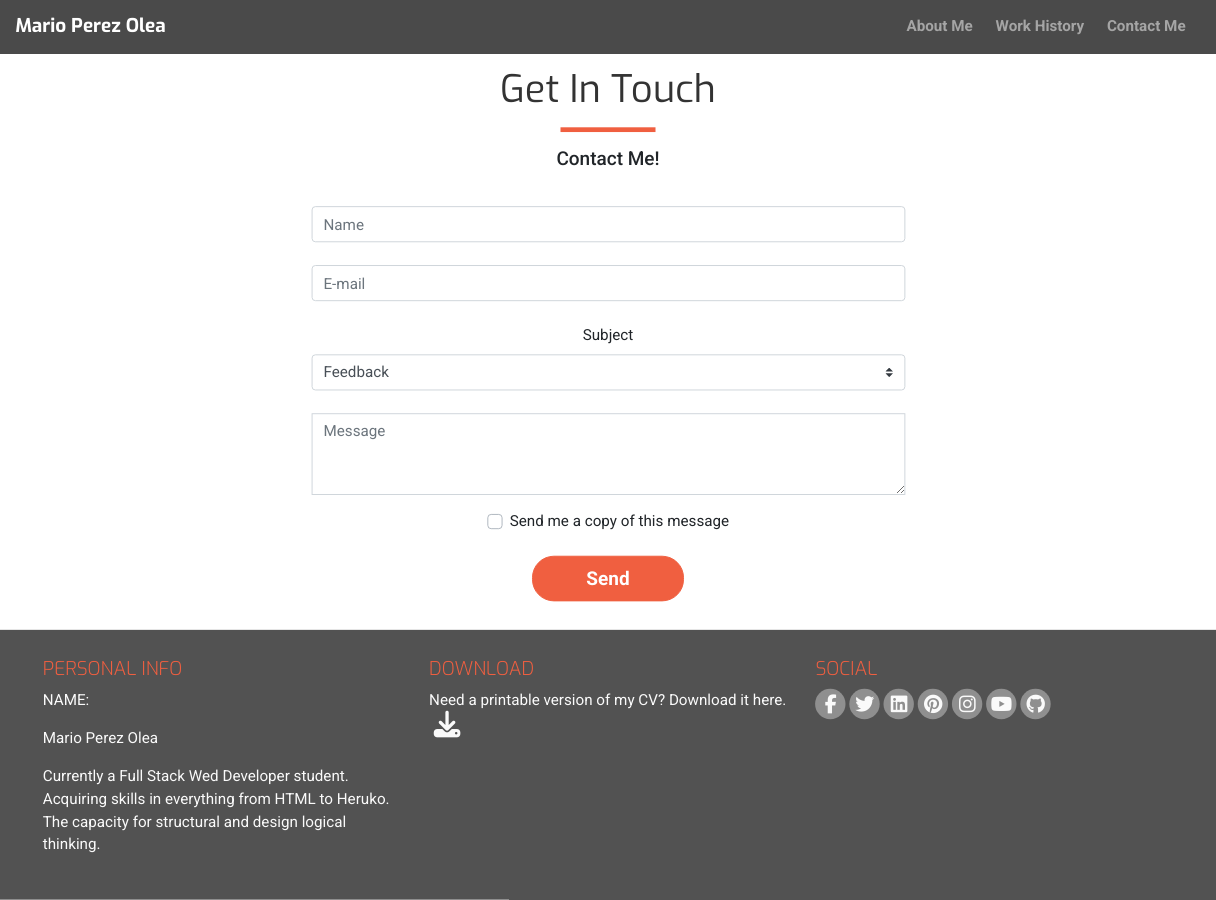
Repository: Supermario78/my-first-milestone-project
Page: contact.html
The author's editor kept a record of every edit. The page is drawn from the files as they stood at one moment, then again after the next edit.
The browser window is 1280 px wide. The pictures show the whole page, at 95% of full size.
Some web libraries are served in a nearby version.

Above is the page before.

After the next edit:
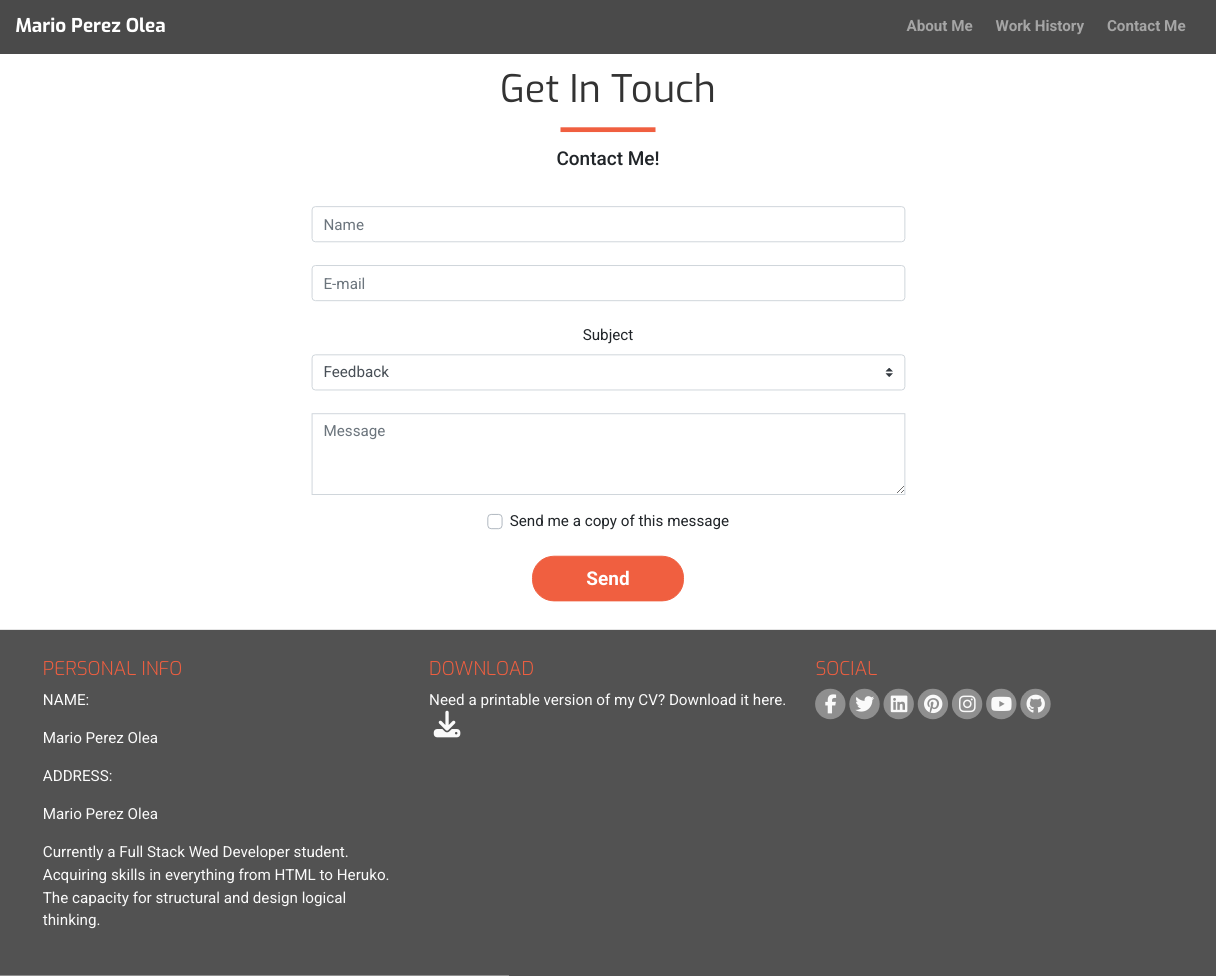
The edit:
--- a/contact.html
+++ b/contact.html
@@ -100,6 +100,18 @@
                         </p>
                     </div>
                 </div>
+                <div class="personal-info-item">
+                    <div class="key">
+                        <p class="uppercase">
+                            Address:
+                        </p>
+                    </div>
+                    <div class="value">
+                        <p>
+                           Mario Perez Olea
+                        </p>
+                    </div>
+                </div>
 
                 <p class="inline-block">
                     Currently a Full Stack Wed Developer student. Acquiring skills in everything from HTML to Heruko. The capacity for structural and design logical thinking.
